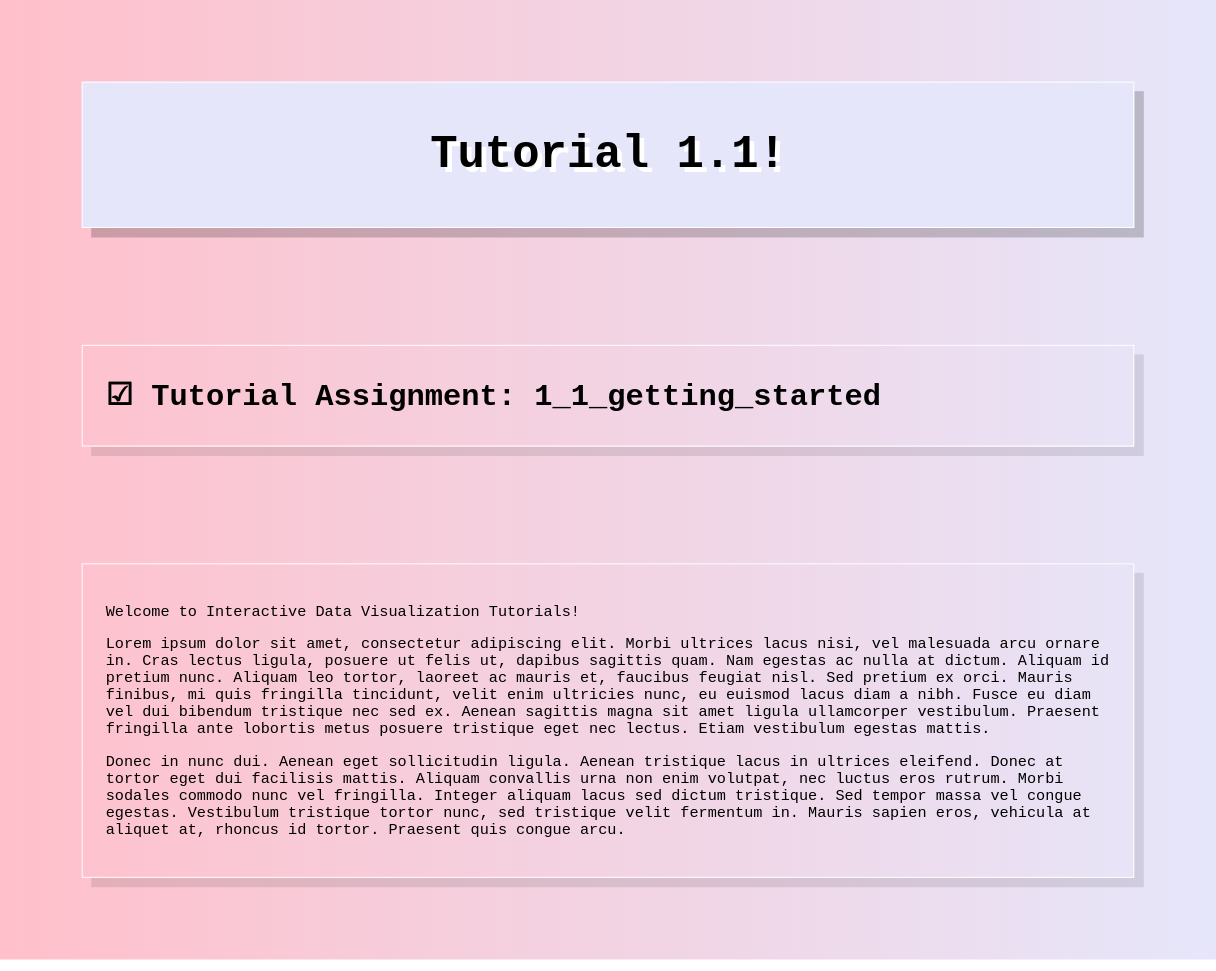
Repository: lisjak/Interactive-Data-Vis-Fall2022
Page: 1_1_getting_started/index.html
An editor plug-in stored every save of this project. The page is shown before and after the next save, followed by the edit.
The browser window is 1280 px wide. The pictures show the whole page, at 95% of full size.
The pointer rests on the first visible `div`.
Some web fonts or font styles are not loaded; a fallback is used.

Above is the page before, as saved 2022-09-04 22:05:33.

After the next save:
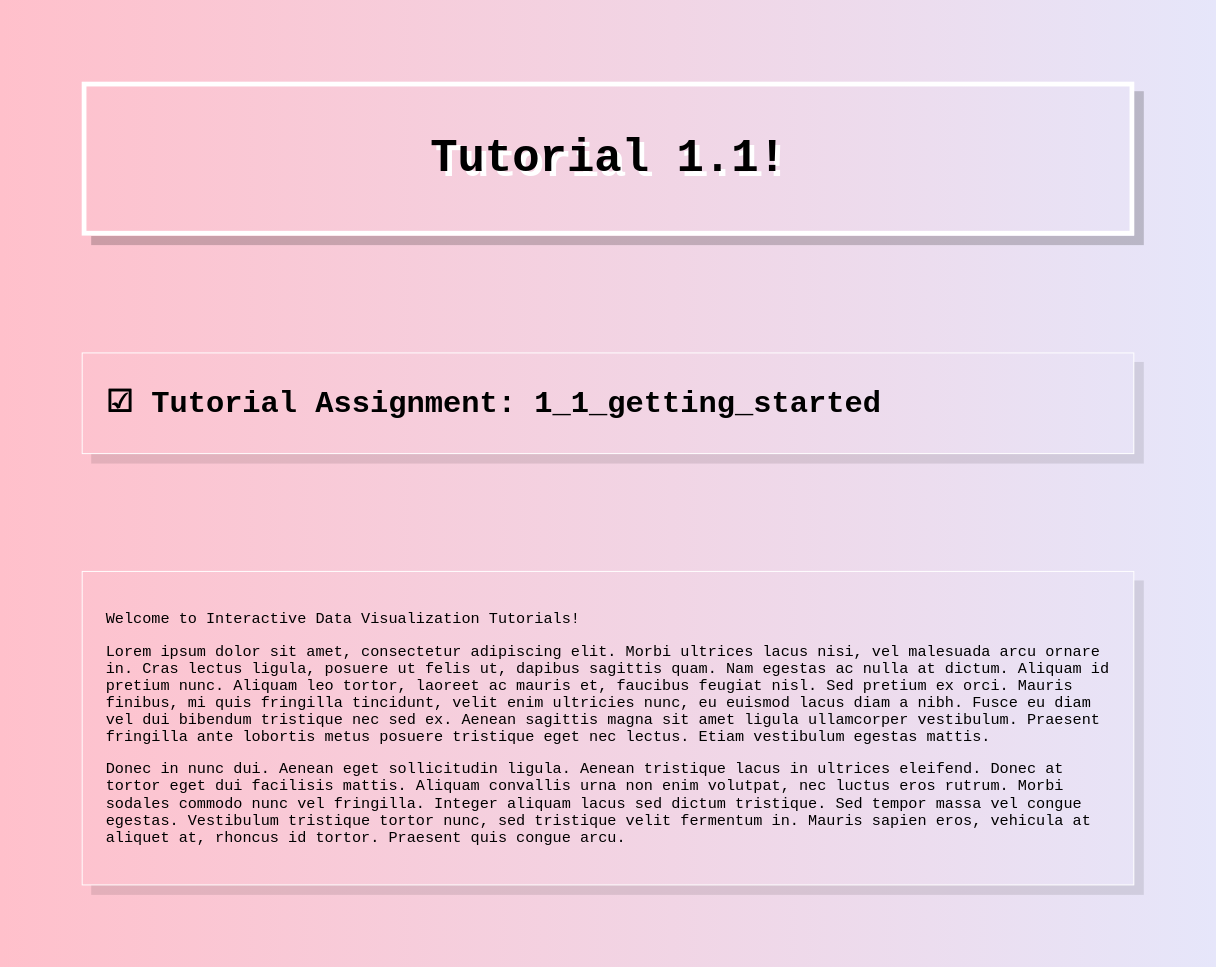
Saved 28 s later.
--- a/1_1_getting_started/style.css
+++ b/1_1_getting_started/style.css
@@ -19,8 +19,8 @@ div {
 }
 
 div:hover {
-    background-color: lavender;
     padding: 3%;
+    border: 5px solid white;
     /* opacity: 1; */
     transition: 0.5s;
     box-shadow: 10px 10px 0px rgb(0 0 0 / 0.2);
